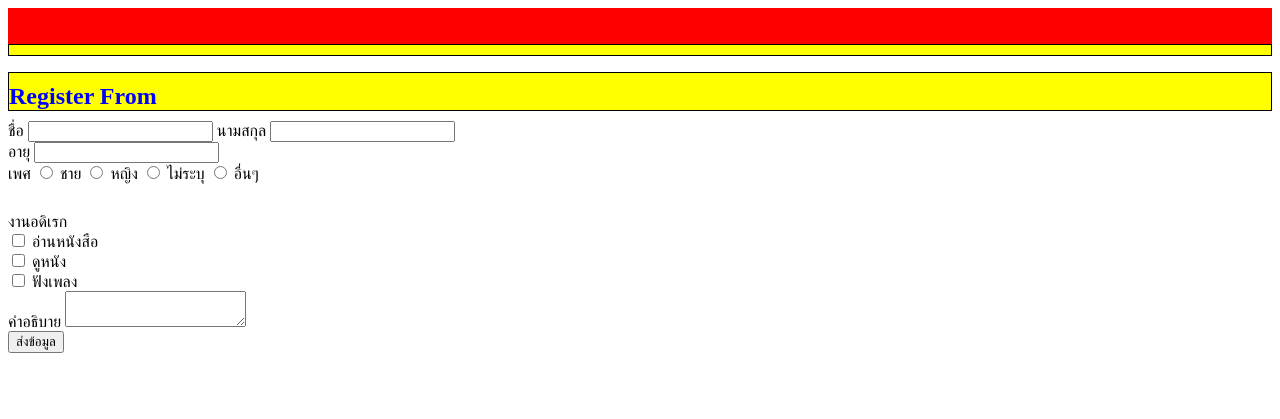
Repository: Onpreeya1/241-2567-820-
Page: index.html
An editor plug-in stored every save of this project. The page is shown before and after the next save, followed by the edit.
The browser window is 1280 px wide. The pictures show the whole page.

Above is the page before, as saved 2024-12-21 15:30:14.

After the next save:
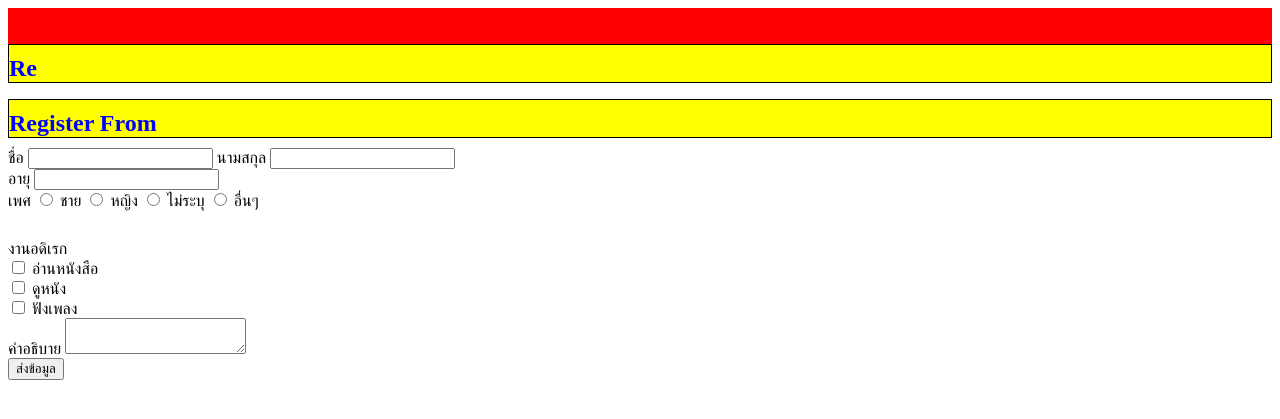
Saved 4 s later.
--- a/index.html
+++ b/index.html
@@ -41,7 +41,7 @@
 <body>
     <div class="box"></div>
     <div id="register">
-
+        Re
     </div>
 
 
